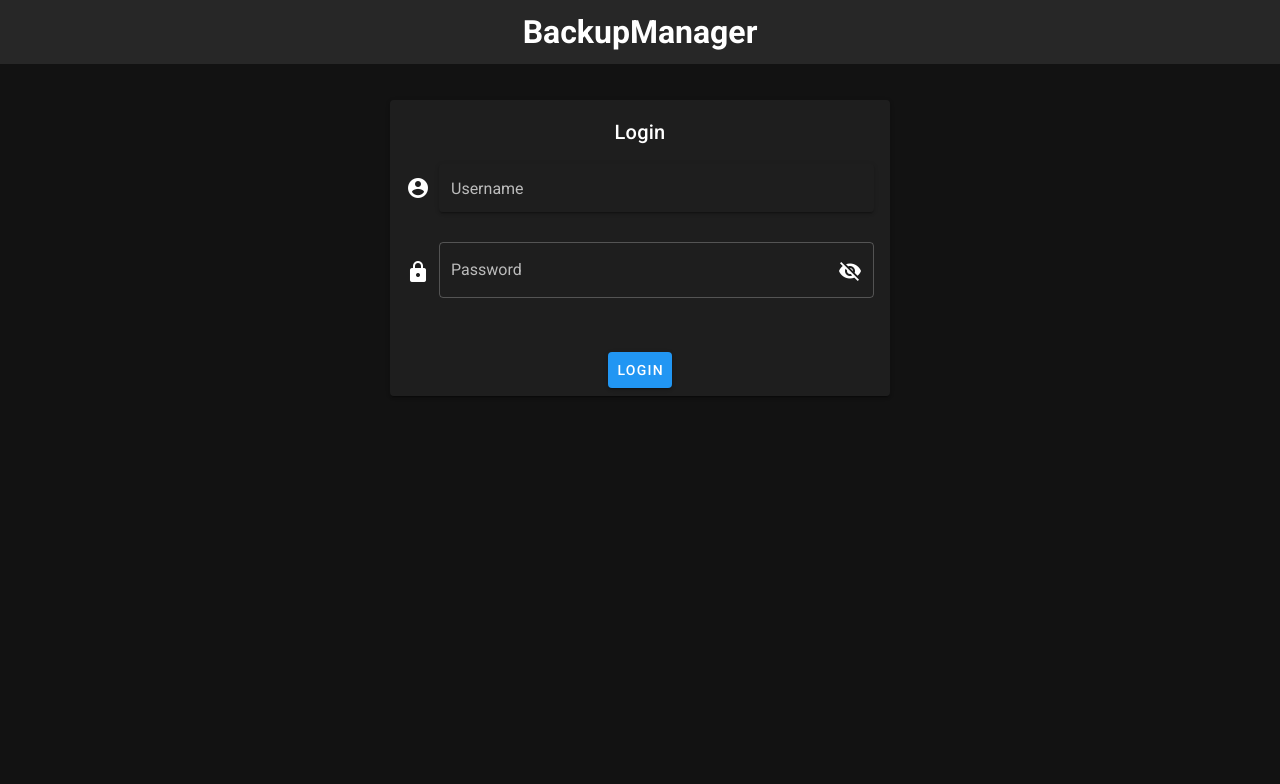
Repository: Erik966/Backup-Manager-Frontend
Page: /
These files come from the project's save history. The page is drawn as it stood at one moment and after the next save; the edit follows.
The browser window is 1280 px wide. The pictures show the whole page.
The project was rebuilt for these pictures with package versions that can differ from the ones it lists, and the page was loaded fresh each time. Also part of the build but not shown: vue.config.js, src/components/Navigation.vue, src/views/secure.vue, src/components/Settings.vue, src/views/settings.vue.

Above is the page before, as saved 2023-01-17 00:46:33.

### public/index.html
<!DOCTYPE html>
<html lang="en">
  <head>
    <meta charset="utf-8">
    <meta http-equiv="X-UA-Compatible" content="IE=edge">
    <meta name="viewport" content="width=device-width,initial-scale=1.0">
    <!--link rel="icon" href="<%= BASE_URL %>favicon.ico"-->
    <title>Homepagename</title>
    <link rel="stylesheet" href="https://fonts.googleapis.com/css?family=Roboto:100,300,400,500,700,900">
    <link rel="stylesheet" href="https://cdn.jsdelivr.net/npm/@mdi/font@latest/css/materialdesignicons.min.css">
  </head>
  <body>
    <noscript>
      <strong>We're sorry but <!--%= htmlWebpackPlugin.options.title %--> doesn't work properly without JavaScript enabled. Please enable it to continue.</strong>
    </noscript>
    <div id="app"></div>
    <!-- built files will be auto injected -->
  </body>
</html>

### src/App.vue
<template>
  <v-app>
    <div >
    <v-toolbar dark class="justify-center">
      <v-row>
        <v-col class="justify-center">
          <h1 align="center">BackupManager</h1>
        </v-col>
        <!-- <v-col class="text-right">
          <v-btn to="/">Login</v-btn>
          <v-btn to="/secure">Secure</v-btn>
        </v-col> -->
      </v-row>

    </v-toolbar>
  </div>
    <router-view/>
  </v-app>
</template>

<script>

export default {
  name: 'App',

  data: () => ({
    //
  }),
  methods: {

  },
};
</script>
<style scoped>

</style>

### src/router/index.js
import Vue from 'vue'
import VueRouter from 'vue-router'
import login from '../views/Login.vue'
import secure from '../views/secure.vue'
import settings from '../views/settings.vue'


Vue.use(VueRouter)

const routes = [
  {
    path: '/',
    name: 'login',
    component: login
  },
  {
    path: '/secure',
    name: 'secure',
    component: secure
  },
  {
    path: '/settings',
    name: 'settings',
    component: settings
  }

]

const router = new VueRouter({
  mode: 'history',
  base: process.env.BASE_URL,
  routes
})

export default router

### src/plugins/vuetify.js
import Vue from 'vue';
import Vuetify from 'vuetify/lib/framework';

Vue.use(Vuetify);

export default new Vuetify({
    theme: { dark: true },
    icons: {
        iconfont: 'mdiSvg',
      },
});

### src/views/Login.vue
<template>
  <Login />
</template>

<script>
  import Login from '../components/Login'

  export default {
    //name: 'Home',

    components: {
      Login,
    },
  }
</script>

### src/components/Login.vue
<template>
<v-app>
    <v-main>
       <v-alert
       border="left"
                color="red"
                type="warning"
              :value="failed"
            >
              The username or the password is incorrect.
            </v-alert>
      <v-card width="500" class="mx-auto mt-9">
        <v-card-title class="justify-center">Login</v-card-title>

        <v-card-text>
          <v-text-field  solo v-model="username" label="Username" prepend-icon="mdi-account-circle"/>
          <v-text-field
          outlined
          v-model="password"
          label="Password"
          :type="showPassword ? 'text' : 'password'"
          prepend-icon="mdi-lock"
          :append-icon="showPassword ? 'mdi-eye' : 'mdi-eye-off'"
          @click:append="showPassword = !showPassword"/>
        </v-card-text>

        <v-card-actions class="justify-center">
          <v-btn color="info" @click="login()">Login</v-btn>
        </v-card-actions>

      </v-card>
    </v-main>
</v-app>
</template>

<script>
import axios from 'axios';
import CryptoJS from "crypto-js";

export default {
  data()
  {
    return{
      username: "",
      password: "",
      showPassword:false,
      failed: false
    }
  },
  props: {
  },
   methods: {

    getRandomInt(max) {
      return Math.floor(Math.random() * max);
    },

    power(x, n, p){
      let res = 1;
      for (let i = 1; i <= n; i++) res = (res * x) % p;
      return res;
    },

    login() {


      axios.post('http://localhost:5000/login_name', {username: this.username}).then(res => {
          if (res.status === 200) {
            let x = this.getRandomInt(res.data.P-1);
            let X = this.power(res.data.G, x,res.data.P);

             localStorage.setItem("ka", this.power(res.data.Y, x, res.data.P).toString());

             localStorage.setItem("username", this.username)

             axios.post('http://localhost:5000/key', {username: this.username, X: X.toString(10)}).then(res => {
                if (res.status === 200) {
                  console.log("Key exchange");

                  let user = {
                      username: this.username,
                      password: CryptoJS.AES.encrypt(this.password, localStorage.getItem("ka")).toString()
                    }

                  axios.post('http://localhost:5000/login', user)
                      .then(res => {
                        //if successfull
                        if (res.status === 200) {
                          localStorage.setItem('token', res.data.token);
                          localStorage.setItem("key_diff", CryptoJS.AES.decrypt(res.data.secret, localStorage.getItem("ka")).toString(CryptoJS.enc.Utf8));
                          console.log("T" + localStorage.getItem("key_diff"))
                          this.$router.push('/secure');
                        }
                      }, err => {
                        this.failed = true;
                        console.log(err.response);
                      })
                    }
                  }, err => {
                    console.log(err.response);
                    return;
                  })
              }
            }, err => {
              console.log(err.response);
              return;
            })

    }
  }
}
</script>

<!-- Add "scoped" attribute to limit CSS to this component only -->
<style scoped>
h3 {
  margin: 40px 0 0;
}
ul {
  list-style-type: none;
  padding: 0;
}
li {
  display: inline-block;
  margin: 0 10px;
}
a {
  color: #42b983;
}
.h1 {
  size: 40px;
}
.hello {
  text-align: center;
  height: 100%;
  background: #AAAAAA;

}
</style>

### src/components/Secure.vue
// TODO: Component sollte file Explorer nicht Secure heißen ?

<template>
  <v-main>
    <Navigation />

    <h1 align>File Explorer</h1>
    <div class="fileExplorerContainer">
      <v-list dense rounded>
        <v-list-item v-for="item in items2" :key="item.title" link>
          <!-- <v-list-item-icon>
              <v-icon>{{ item.icon }}</v-icon>
            </v-list-item-icon> -->
          <v-list-item-icon>
            <v-icon>{{ item.icon }}</v-icon>
          </v-list-item-icon>
          <v-list-item-content @click="on_item_click(item.number)">
            <v-list-item-title>{{ item.title }}</v-list-item-title>
            <div class="buttonContainer" v-if="item.title != check_val">
              <div>
                <v-btn @click="get_download(item.title)">
                  <v-icon>{{ icons[0] }}</v-icon>
                </v-btn>
              </div>
              <div>
                <v-btn @click="remove_file(item.title)">
                  <v-icon small>mdi-delete</v-icon>
                </v-btn>
              </div>
              <div>
                <v-btn @click="move_file(item.title)">
                  <v-icon small> {{ icons[1] }}</v-icon>
                </v-btn>
              </div>
            </div>
          </v-list-item-content>
        </v-list-item>
      </v-list>
      <div class="consoleContainer">
        <div>
          <v-btn color="primary" elevation="3" raised @click="upload_files()"
            >Upload</v-btn
          >
        </div>
        <div class="fileInput">
          <template>
            <v-file-input
              label="File input"
              outlined
              dense
              filled
              show-size
              multiple
              truncate-length="15"
              background-color="#222222"
              v-model="files_to_upload"
            ></v-file-input>
            <!--             <v-file-input
                  accept=".txt"
                  label="Click here to select a .txt file"
                  outlined
files_to_upload                >  </v-file-input> -->
          </template>
        </div>
        <div>
          <v-text-field solo dark clearable v-model="dirname" label="dirname" dense />
        </div>
        <div>
          <v-btn color="primary" elevation="3" raised @click="mkdir()"
            >MkDir</v-btn
          >
        </div>
      </div>
    </div>
  </v-main>
</template>

<script>
import Navigation from "../components/Navigation.vue";
import CryptoJS from "crypto-js";
import { mdiFolder } from "@mdi/js";
import { mdiCogOutline } from "@mdi/js";
import { mdiLogout } from "@mdi/js";
import { mdiContentCopy } from "@mdi/js";

import axios from "axios";
import { mdiFileAccount } from "@mdi/js";
import { mdiTrayArrowDown } from "@mdi/js";
// import { mdiDownloadCircle } from '@mdi/js';
export default {
  components: {
    Navigation,
  },
  data: () => ({
    currentPath: [],
    files_to_upload: "",
    drawer: null,
    failed: false,
    check_val: "..",
    copy_path: "",
    copy_name: "",
    dirname: "",
    icons: [mdiTrayArrowDown, mdiContentCopy],
    items: [
      { title: "File Explorer", icon: mdiFolder },
      { title: "Settings", icon: mdiCogOutline },
      { title: "Logout", icon: mdiLogout },
    ],
    items2: [],
  }),
  created() {
    //user is not authorized
    if (localStorage.getItem("token") === null) {
      this.$router.push("/");
    }
  },
  mounted() {
    this.get_files();
  },
  methods: {
    on_item_click(number_item) {
      console.log("reached muss");
      var clicked_item = this.items2[number_item];
      console.log(clicked_item);
      if (!clicked_item["directory"]) return;
      if (clicked_item["title"] == "..") {
        this.currentPath.pop();
        this.get_files();
        return;
      }
      this.currentPath.push(clicked_item["title"]);
      this.get_files();
    },

    get_files() {
      let data = new FormData();

      console.log("D" +  localStorage.getItem("username") );
      console.log("D" + localStorage.getItem("key_diff"));
      data.append("secret", CryptoJS.AES.encrypt(localStorage.getItem("username") + localStorage.getItem("key_diff"),localStorage.getItem("ka")).toString() )
      data.append("username", localStorage.getItem("username"))
      data.append("directory", this.currentPath);
      data.append("auth", localStorage.getItem("token"));
      axios.post("http://localhost:5000/fileexplorer", data).then(
        (res) => {
          if (res.status === 200) {
            console.log("HE");
            localStorage.setItem("key_diff", CryptoJS.AES.decrypt(res.data.secret, localStorage.getItem("ka")).toString(CryptoJS.enc.Utf8));
            console.log(res.data);
            let file_list = res.data.file_list;
            this.items2 = [];
            this.items2.push({
              title: "..",
              directory: true,
              icon: mdiFolder,
              number: this.items2.length,
            });
            for (var i = 0; i < file_list.length; i++) {
              let new_val = {
                title: file_list[i]["name"],
                directory: file_list[i]["directory"],
                icon: mdiFileAccount,
                number: this.items2.length,
              };
              if (new_val["directory"]) {
                new_val["icon"] = mdiFolder;
              }
              this.items2.push(new_val);
            }
          }
        },
        (err) => {
          this.currentPath.pop();
          this.failed = true;
          console.log(err.response);
          this.error = err.response.data.error;
        }
      );
    },
    remove_file(filename) {
      let data = new FormData();

       data.append("secret", CryptoJS.AES.encrypt(localStorage.getItem("username") + localStorage.getItem("key_diff"),localStorage.getItem("ka")).toString() )
      data.append("username", localStorage.getItem("username"))
      data.append("directory", this.currentPath);
      data.append("delete_file", filename);
      data.append("auth", localStorage.getItem("token"));
      axios
        .post("http://localhost:5000/remove_file", data)
        .then((response) => {
          localStorage.setItem("key_diff", CryptoJS.AES.decrypt(response.data.secret, localStorage.getItem("ka")).toString(CryptoJS.enc.Utf8));
          console.log(response);
          this.get_files();
        })
        .catch(console.error);
    },
    mkdir() {
      console.log(this.dirname);
      if (this.dirname === "") return;
      console.log("ok");
      let data = new FormData();

       data.append("secret", CryptoJS.AES.encrypt(localStorage.getItem("username") + localStorage.getItem("key_diff"),localStorage.getItem("ka")).toString() )
      data.append("username", localStorage.getItem("username"))
      data.append("directory", this.currentPath);
      data.append("dirname", this.dirname);
      data.append("auth",  localStorage.getItem("token"));
      axios.post("http://localhost:5000//mkdir", data).then((response) => {
        console.log(response);
        localStorage.setItem("key_diff", CryptoJS.AES.decrypt(response.data.secret, localStorage.getItem("ka")).toString(CryptoJS.enc.Utf8));
        this.get_files();
      });
      this.dirname = "";
    },
    get_download(filename) {
      let data = new FormData();

      data.append("secret", CryptoJS.AES.encrypt(localStorage.getItem("username") + localStorage.getItem("key_diff"),localStorage.getItem("ka")).toString() )
      data.append("username", localStorage.getItem("username"))
      data.append("directory", this.currentPath);
      data.append("download", filename);
      data.append("auth", localStorage.getItem("token"));
      axios
        .get("http://localhost:5000/download", {
          responseType: "blob",
          params: {
            directory: this.currentPath,
            file_name: filename,
            auth: localStorage.getItem("token"),
            username: localStorage.getItem("username"),
            secret: CryptoJS.AES.encrypt(localStorage.getItem("username") + localStorage.getItem("key_diff"),localStorage.getItem("ka")).toString(),

          },
        })
        .then((response) => {
          localStorage.setItem("key_diff", localStorage.getItem("key_diff") + "1");
          const url = window.URL.createObjectURL(new Blob([response.data]));
          const link = document.createElement("a");
          link.href = url;
          link.setAttribute("download", "download.zip");
          document.body.appendChild(link);
          link.click();
        })
        .catch(console.error);
    },
    upload_files() {
      // was ist das problem ?
      console.log(this.files_to_upload);

      let data = new FormData();
      for (var i = 0; i < this.files_to_upload.length; i++) {
        let file = this.files_to_upload[i];
        data.append("files" + i, file);
      }
       data.append("secret", CryptoJS.AES.encrypt(localStorage.getItem("username") + localStorage.getItem("key_diff"),localStorage.getItem("ka")).toString() )
      data.append("username", localStorage.getItem("username"))
      data.append("auth", localStorage.getItem("token"));
      data.append("directory", this.currentPath);
      axios.post("http://localhost:5000//upload", data).then((response) => {
        console.log(response);
        this.get_files();
        localStorage.setItem("key_diff", CryptoJS.AES.decrypt(response.data.secret, localStorage.getItem("ka")).toString(CryptoJS.enc.Utf8));
      });
    },
  },
};
</script>

<style>
h1 {
  text-align: center;
}
.fileExplorerContainer {
  padding: 16px;
}
input {
  background-color: #0077ff;
  color: black;
}
.consoleContainer {
  padding-top: 16px;
  display: flex;
  flex-direction: row;
  justify-content: space-between;
  max-width: 600px;
  gap: 10px;
}
.buttonContainer {
  padding-top: 8px;
  display: flex;
  flex-direction: row;
  justify-content: flex-start;
  gap: 16px;
}
.fileInput {
  width: 240px;
}
</style>

Loaded but not shown: src/main.js (common file)

After the next save:
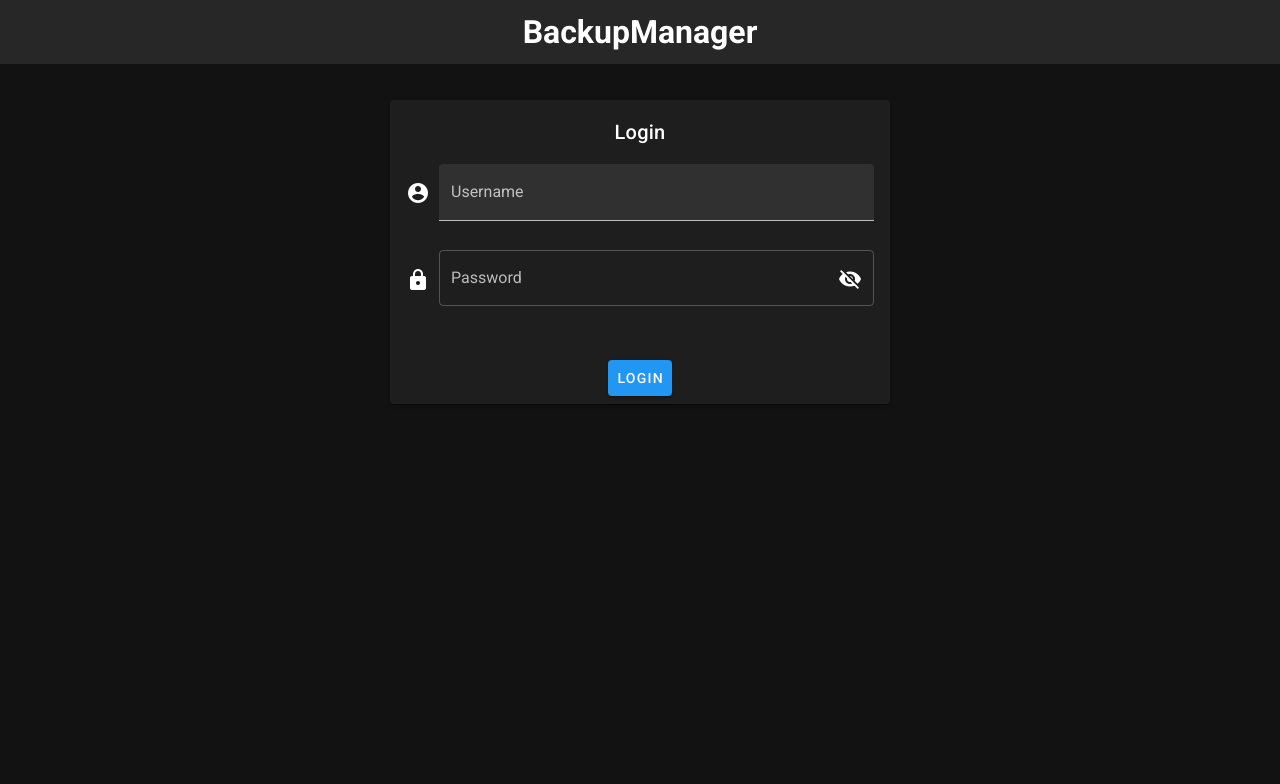
Saved 16 s later.
--- a/src/components/Login.vue
+++ b/src/components/Login.vue
@@ -13,7 +13,7 @@
         <v-card-title class="justify-center">Login</v-card-title>
 
         <v-card-text>
-          <v-text-field  solo v-model="username" label="Username" prepend-icon="mdi-account-circle"/>
+          <v-text-field  filled v-model="username" label="Username" prepend-icon="mdi-account-circle"/>
           <v-text-field
           outlined
           v-model="password"
